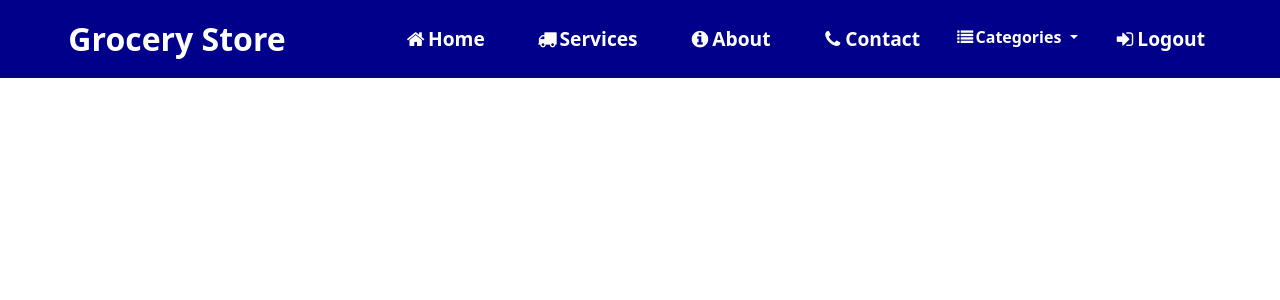
Repository: NagaMounikaY/GroceriesSubscriptionBookingManagement
Page: http://localhost/GroceriesSubBookingSystem/sellerHeader.jsp
The author's editor kept a copy of each file at every save. The page is drawn from the files as they stood at one save, then again after the next save.
The browser window is 1280 px wide. The pictures show the whole page.
The page is served by Tomcat 9. Other server files are loaded and not shown.

Above is the page before, as saved 2024-09-12 04:30:01.

### GroceriesSubBookingSystem/src/main/webapp/sellerHeader.jsp
<%@ page language="java" contentType="text/html; charset=ISO-8859-1"
    pageEncoding="ISO-8859-1" isELIgnored="false"%>
<!DOCTYPE html PUBLIC "-//W3C//DTD HTML 4.01 Transitional//EN" "http://www.w3.org/TR/html4/loose.dtd">
<html>
<head>
<meta http-equiv="Content-Type" content="text/html; charset=ISO-8859-1">
<title>Courier Booking System</title>
<link href="https://stackpath.bootstrapcdn.com/bootstrap/5.3.0/css/bootstrap.min.css" rel="stylesheet">
<link rel="stylesheet" href="https://cdnjs.cloudflare.com/ajax/libs/font-awesome/4.7.0/css/font-awesome.min.css">
<style>
/* Header */
header {
    background: #00008B;
    color: #fff;
    padding: 15px 0;
    position: fixed;
    width: 100%;
    top: 0;
    left: 0;
    z-index: 1000;
}

header .container {
    display: flex;
    justify-content: space-between;
    align-items: center;
    max-width: 1200px;
    margin: 0 auto;
    padding: 0 20px;
}

header .logo {
    font-size: 2em; /* Increased size for the logo */
    font-weight: bold;
}

header nav ul {
    list-style: none;
    display: flex;
    margin: 0;
}

header nav ul li {
    margin-left: 20px;
}

header nav ul li a {
    color: #fff;
    text-decoration: none;
    padding: 10px 15px; /* Increased padding for better click area */
    font-size: 1.2em; /* Increased font size for navigation links */
    border-radius: 5px;
}

header nav ul li a:hover {
    background: #575757;
}
</style>
</head>
<body>
  <!-- Header -->
    <header>
        <div class="container">
            <div class="logo"><i class="fa fa-box"></i> Grocery Store</div>
            <nav>
                <ul>
                    <li><a href="${pageContext.request.contextPath}/home.jsp"><i class="fa fa-fw fa-home"></i><strong>Home</strong></a></li>
                    <li><a href=""><i class="fa fa-fw fa-truck"></i><strong>Services</strong></a></li>
                    <li><a href=""><i class="fa fa-fw fa-info-circle"></i><strong>About</strong></a></li>
                    <li><a href=""><i class="fa fa-fw fa-phone"></i><strong>Contact</strong></a></li>

                    <!-- Dropdown Menu -->
                    <li class="nav-item dropdown">
                        <a class="nav-link dropdown-toggle" href="#" id="categoryDropdown" role="button" data-bs-toggle="dropdown" aria-expanded="false">
                            <i class="fa fa-fw fa-list"></i><strong>Categories</strong>
                        </a>
                        <ul class="dropdown-menu" aria-labelledby="categoryDropdown">
                            <li><a class="dropdown-item" href="${pageContext.request.contextPath}/categories/add"><i class="fa fa-fw fa-user-plus"></i> Add Category</a></li>
                            <li><a class="dropdown-item" href="${pageContext.request.contextPath}/categories/list"><i class="fa fa-fw fa-list"></i> List Categories</a></li>
                        </ul>
                    </li>

                    <li><a href="${pageContext.request.contextPath}/home.jsp"><i class="fa fa-fw fa-sign-in"></i><strong>Logout</strong></a></li>
                </ul>
            </nav>
        </div>
    </header>

    <script src="https://code.jquery.com/jquery-3.5.1.slim.min.js"></script>
    <script src="https://cdn.jsdelivr.net/npm/@popperjs/core@2.11.6/dist/umd/popper.min.js"></script>
    <script src="https://stackpath.bootstrapcdn.com/bootstrap/5.3.0/js/bootstrap.bundle.min.js"></script>
</body>
</html>

After the next save:
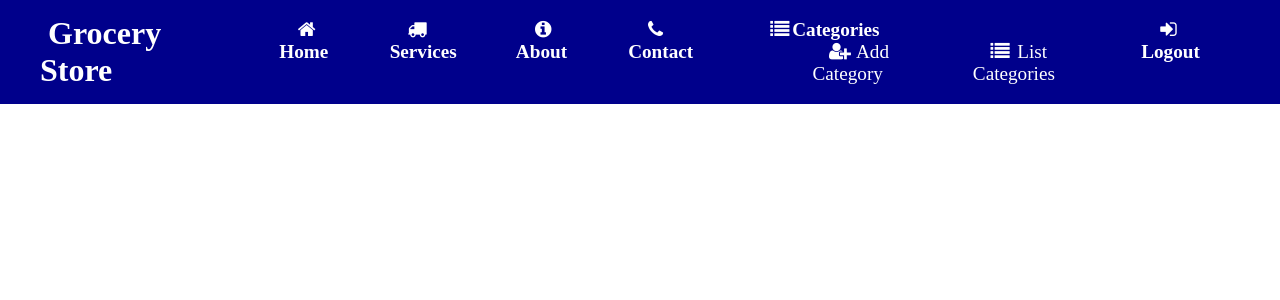
Saved 2 min 48 s later.
--- a/GroceriesSubBookingSystem/src/main/webapp/sellerHeader.jsp
+++ b/GroceriesSubBookingSystem/src/main/webapp/sellerHeader.jsp
@@ -5,7 +5,6 @@
 <head>
 <meta http-equiv="Content-Type" content="text/html; charset=ISO-8859-1">
 <title>Courier Booking System</title>
-<link href="https://stackpath.bootstrapcdn.com/bootstrap/5.3.0/css/bootstrap.min.css" rel="stylesheet">
 <link rel="stylesheet" href="https://cdnjs.cloudflare.com/ajax/libs/font-awesome/4.7.0/css/font-awesome.min.css">
 <style>
 /* Header */

After the save that followed:
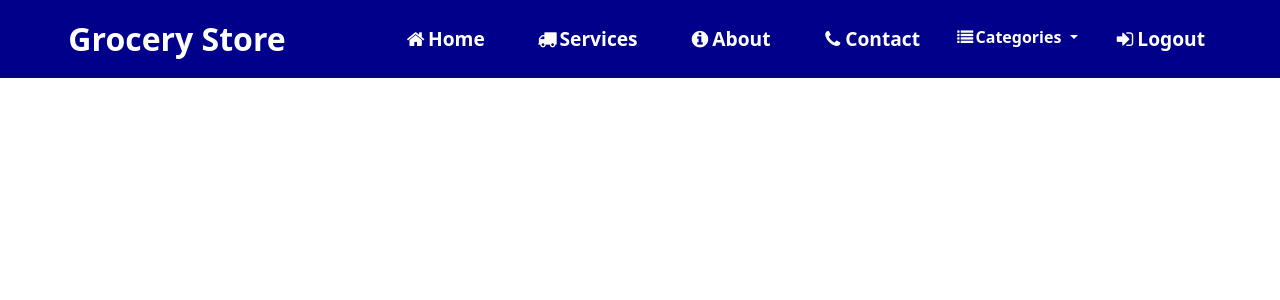
Saved 15 s later.
--- a/GroceriesSubBookingSystem/src/main/webapp/sellerHeader.jsp
+++ b/GroceriesSubBookingSystem/src/main/webapp/sellerHeader.jsp
@@ -5,6 +5,7 @@
 <head>
 <meta http-equiv="Content-Type" content="text/html; charset=ISO-8859-1">
 <title>Courier Booking System</title>
+<link href="https://stackpath.bootstrapcdn.com/bootstrap/5.3.0/css/bootstrap.min.css" rel="stylesheet">
 <link rel="stylesheet" href="https://cdnjs.cloudflare.com/ajax/libs/font-awesome/4.7.0/css/font-awesome.min.css">
 <style>
 /* Header */
